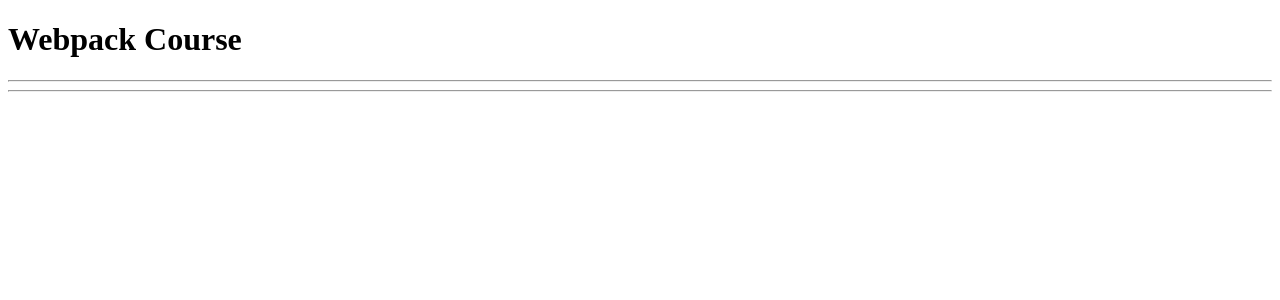
Repository: jsprogr/webpack_config_learning
Page: src/index.html
An editor plug-in stored every save of this project. The page is shown before and after the next save, followed by the edit.
The browser window is 1280 px wide. The pictures show the whole page.

Above is the page before, as saved 2020-03-01 13:02:23.

After the next save:
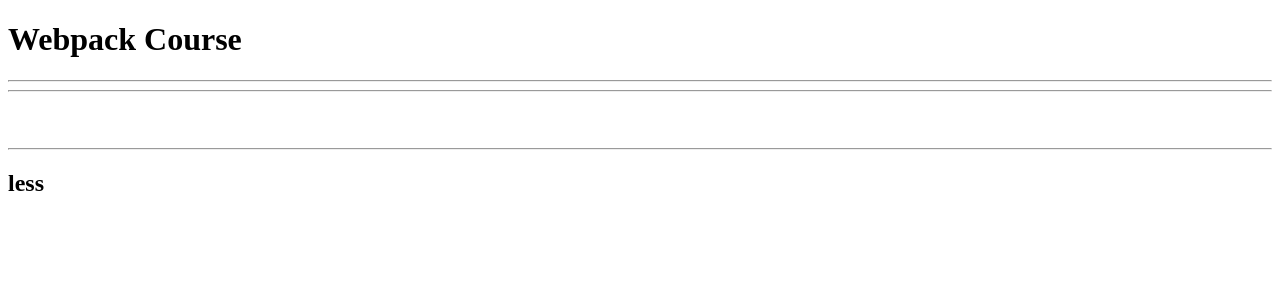
Saved 48 s later.
--- a/src/index.html
+++ b/src/index.html
@@ -22,6 +22,12 @@
         <pre>
 
         </pre>
+
+        <hr>
+
+        <div class="box">
+            <h2>less</h2>
+        </div>
     </div>
 
 
